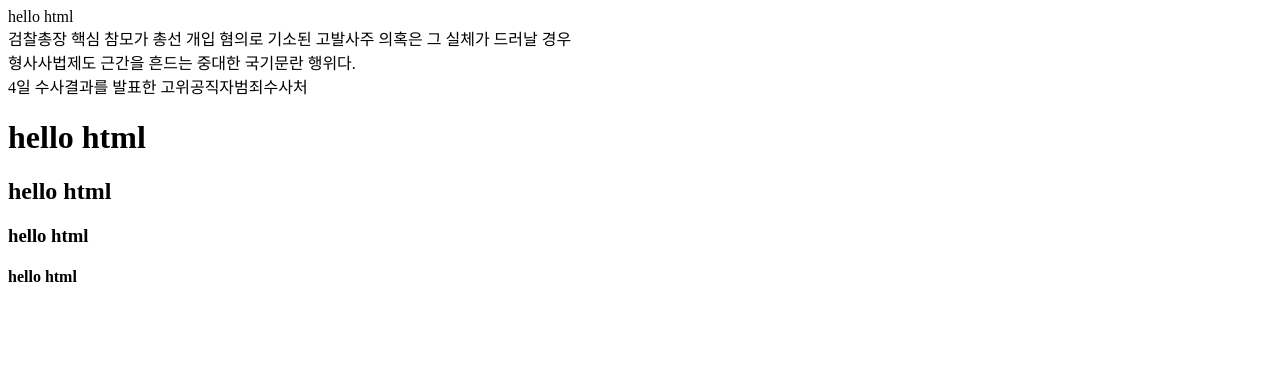
Repository: xsa1113/posco_ict
Page: html/TestSample/WebContent/index.html
These files come from the project's save history. The page is drawn as it stood at one moment and after the next save; the edit follows.
The browser window is 1280 px wide. The pictures show the whole page.

Above is the page before, as saved 2022-05-04 06:45:53.

### html/TestSample/WebContent/index.html
<!DOCTYPE html>
<html>
<head>
<meta charset="UTF-8">
<title>제목입니다</title>
</head>
<body>
<!-- Hyper Text Mark up Language

	tag형식

	<태그명>문자열</태그명>
	<태그명 속성(attribute)=값>문자열</태그명>

	URL Uniform Resource Locator == 접속 주소

	DNS Domain name System ip


 -->
hello html

<br> <!-- break : 개행 -->
검찰총장 핵심 참모가 총선 개입 혐의로 기소된 고발사주 의혹은 그 실체가 드러날 경우<br>
 형사사법제도 근간을 흔드는 중대한 국기문란 행위다.<br>
 4일 수사결과를 발표한 고위공직자범죄수사처<br>


 <!-- heading -->

 <h1>hello html</h1>
 <h2>hello html</h2>
 <h3>hello html</h3>
 <h4>hello html</h4>

</body>
</html>

After the next save:
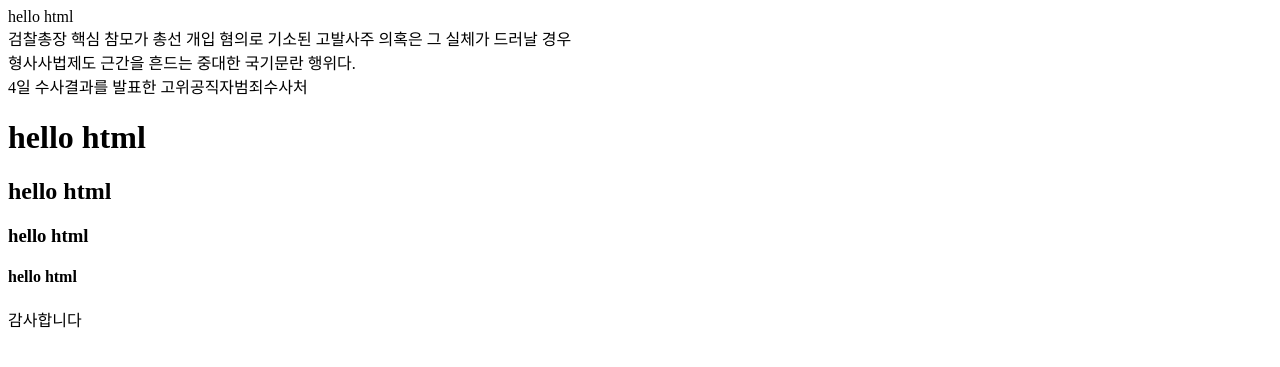
Saved 60 s later.
--- a/html/TestSample/WebContent/index.html
+++ b/html/TestSample/WebContent/index.html
@@ -33,5 +33,8 @@ hello html
  <h3>hello html</h3>
  <h4>hello html</h4>
 
+
+ <p> 감사합니다 </p>
+
 </body>
 </html>
